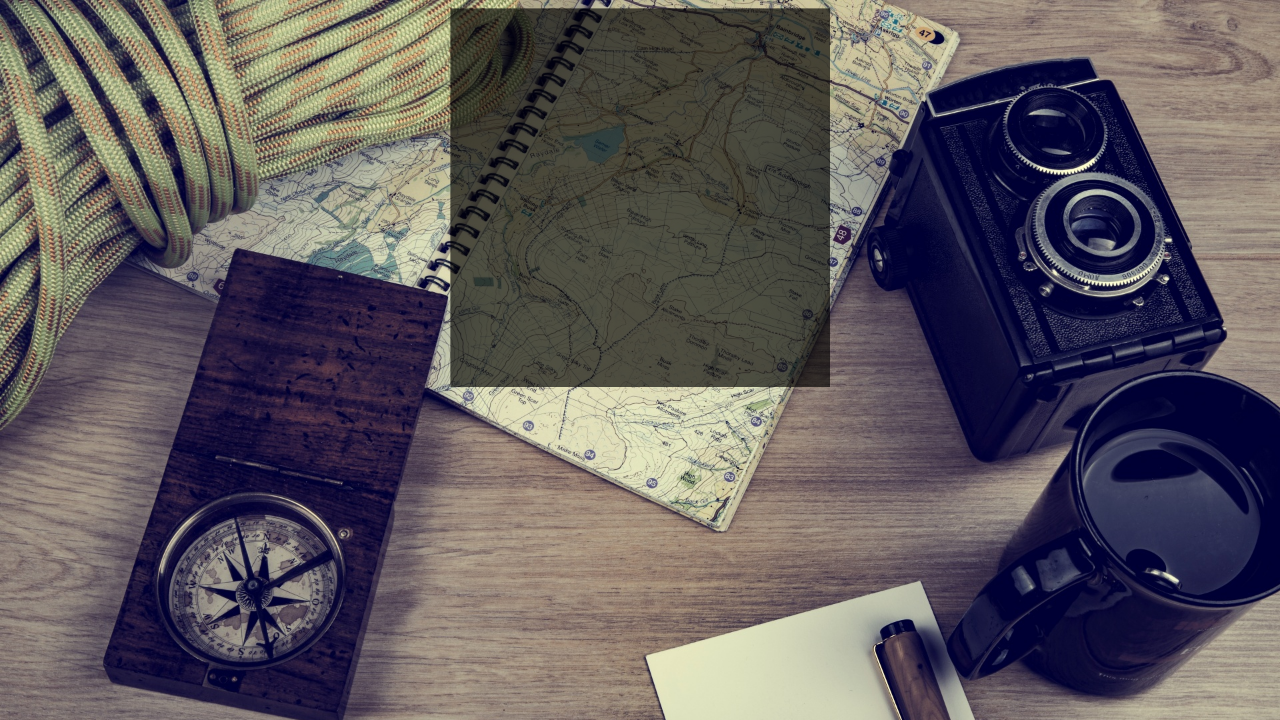
Repository: minkyung0421/jsp_travel_project
Page: http://localhost/Travel_Project/loginForm.jsp
These files come from the project's save history. The page is drawn as it stood at one moment and after the next save; the edit follows.
The browser window is 1280 px wide. The pictures show the whole page.
The page is served by Tomcat 9. Other server files are loaded and not shown.

Above is the page before, as saved 2018-08-20 01:46:10.

### jsp_travel_project/Travel_Project/WebContent/loginForm.jsp
<%@ page language="java" contentType="text/html; charset=UTF-8"
    pageEncoding="UTF-8"%>
<!DOCTYPE html PUBLIC "-//W3C//DTD HTML 4.01 Transitional//EN" "http://www.w3.org/TR/html4/loose.dtd">
<html>
<head>
<meta http-equiv="Content-Type" content="text/html; charset=UTF-8">
<title>Insert title here</title>
</head>
<style>
	body{
		background-image: url(image/travel2.jpg);
		background-repeat: no-repeat;
		background-size: 100%;
	}
</style>
<body>
	<center>
		<img src = "image/travel2_login.png" width="30%" height = "30%">
	</center>
</body>
</html>

After the next save:
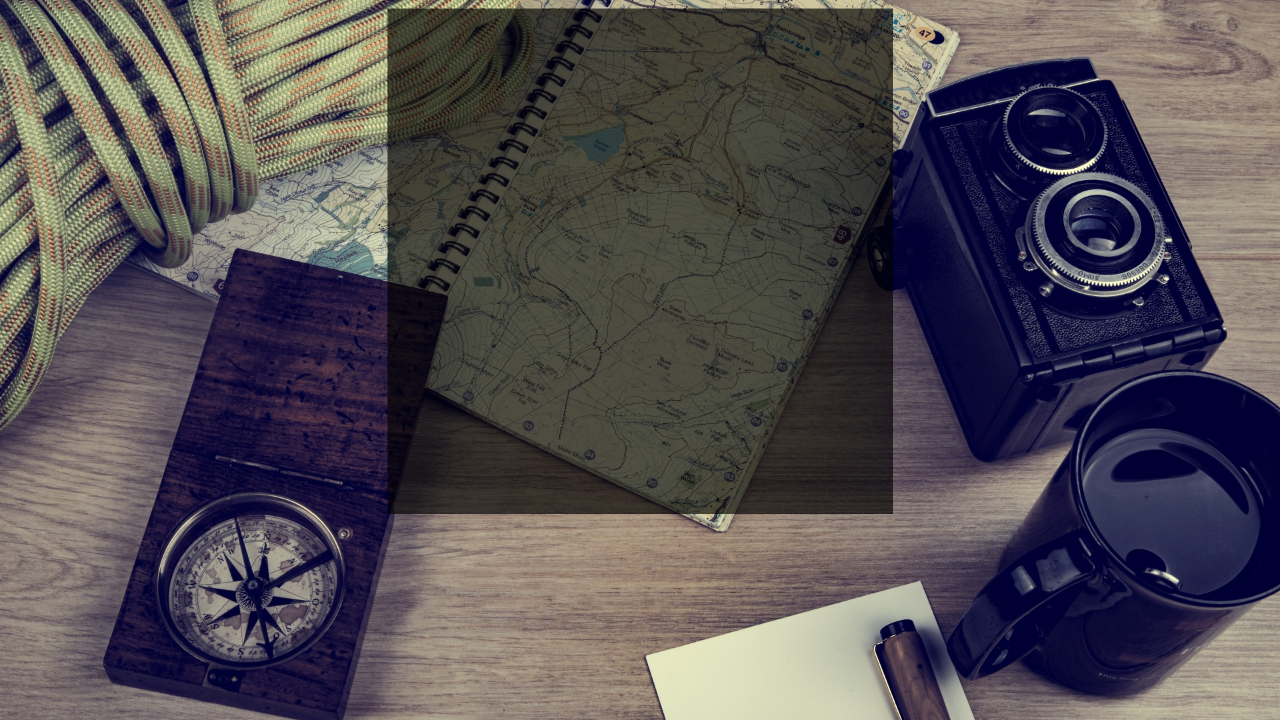
Saved 8 s later.
--- a/jsp_travel_project/Travel_Project/WebContent/loginForm.jsp
+++ b/jsp_travel_project/Travel_Project/WebContent/loginForm.jsp
@@ -15,7 +15,7 @@
 </style>
 <body>
 	<center>
-		<img src = "image/travel2_login.png" width="30%" height = "30%">
+		<img src = "image/travel2_login.png" width="40%" height = "40%">
 	</center>
 </body>
 </html>
